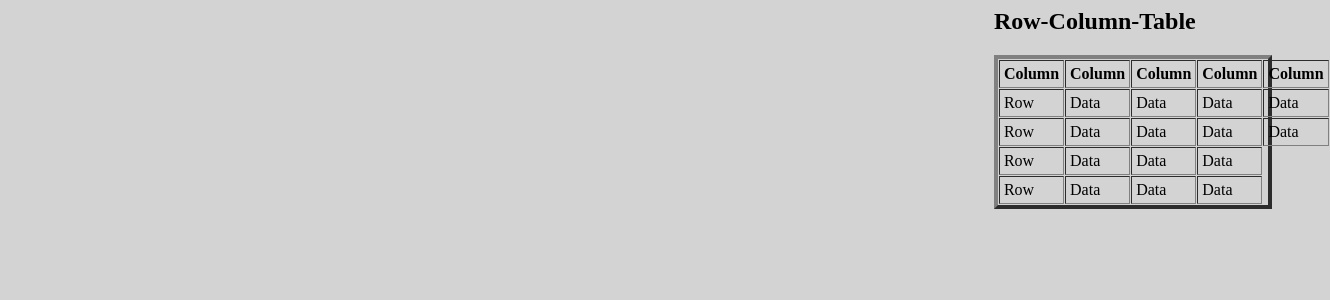
Repository: AdityaTech-Pro/FullStackWithBridgelabz
Page: Assignment2/table/index.html
The author's editor kept a copy of each file at every save. The page is drawn from the files as they stood at one save, then again after the next save.
The browser window is 1280 px wide. The page is 1330 px wide, then 1280 px, then 1330 px, so the pictures cover 1330 px, including what lies to the right of the window. The pictures show the whole page.

Above is the page before, as saved 2025-10-15 08:51:39.

### Assignment2/table/index.html
<html>

<head>
    <style>
        body {
            background-color: lightgray;
        }

        h1 {
            text-align: center;
        }

        .center {
            display: block;
            margin-left: auto;
            <--margin-right: auto;
            width: 22%;
        }
    </style>

    <tital>
        <h2 class="center"> Row-Column-Table </h2>
    </tital>


</head>

<body>


    <table border="4" cellspacing="1" cellpadding="4" class="center">
        <tr>
            <th>Column</th>
            <th>Column</th>
            <th>Column</th>
            <th>Column</th>
            <th>Column</th>
        </tr>
        <tr>
            <td>Row</td>
            <td>Data</td>
            <td>Data</td>
            <td>Data</td>
            <td>Data</td>
        </tr>
        <tr>
            <td>Row</td>
            <!--<td>DSA</td>-->
            <td>Data</td>
            <td>Data</td>
            <td>Data</td>
            <td>Data</td>
        </tr>
        <tr>
            <td>Row</td>
            <td>Data</td>
            <td>Data</td>
            <td>Data</td>
        </tr>
        <tr>
            <td>Row</td>
            <td>Data</td>
            <td>Data</td>
            <td>Data</td>
        </tr>

    </table>
</body>

</html>

After the next save:
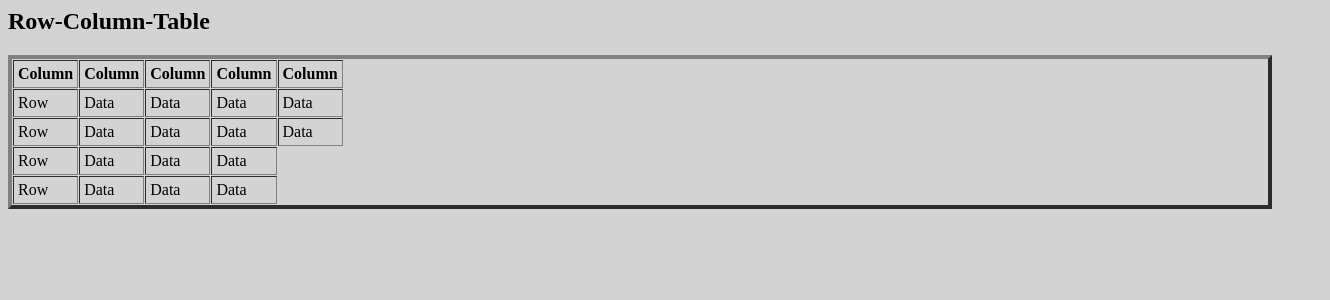
Saved 4 s later.
--- a/Assignment2/table/index.html
+++ b/Assignment2/table/index.html
@@ -14,7 +14,7 @@
             display: block;
             margin-left: auto;
             <--margin-right: auto;
-            width: 22%;
+            -->width: 22%;
         }
     </style>
 

After the save that followed:
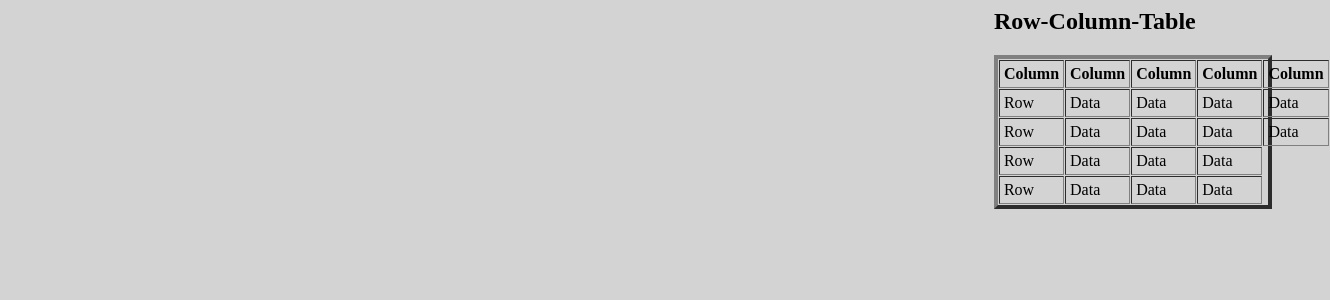
Saved 7 s later.
--- a/Assignment2/table/index.html
+++ b/Assignment2/table/index.html
@@ -14,7 +14,7 @@
             display: block;
             margin-left: auto;
             <--margin-right: auto;
-            -->width: 22%;
+            width: 22%;
         }
     </style>
 
